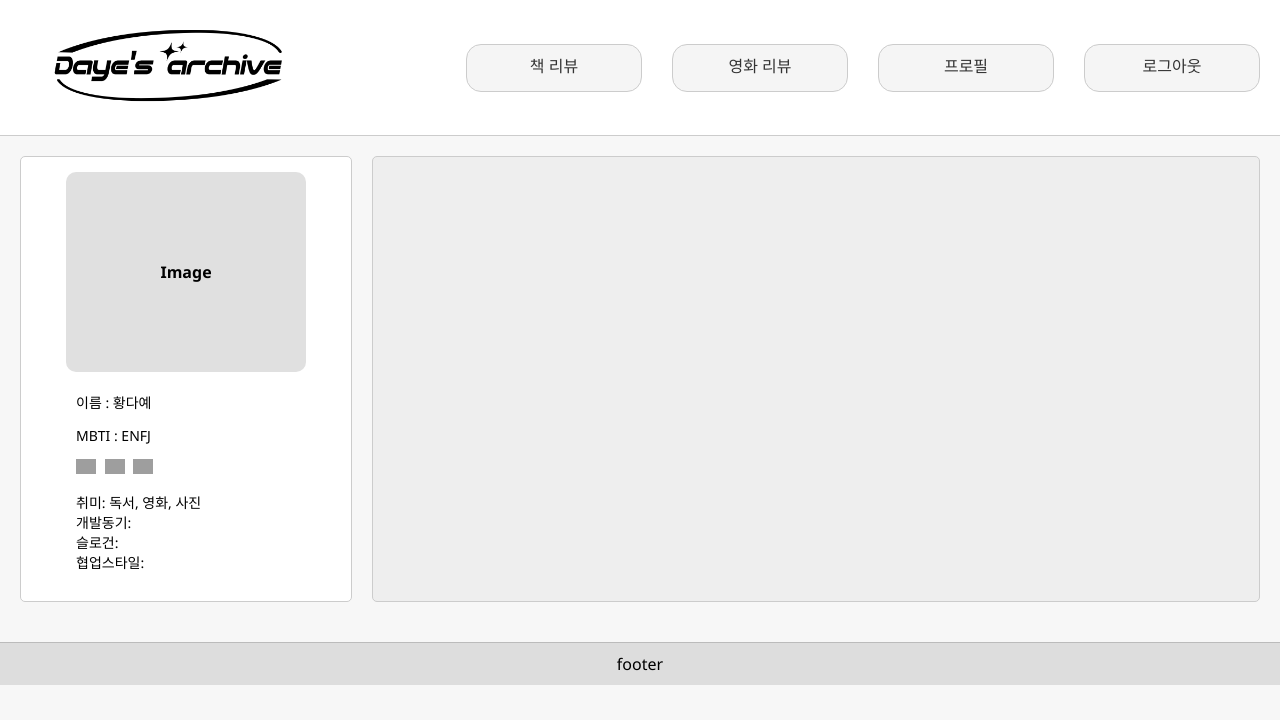
Repository: HWANG-DAYE/spring_project
Page: http://localhost/daye_archive/WEB-INF/views/main.jsp
The author's editor kept a copy of each file at every save. The page is drawn from the files as they stood at one save, then again after the next save.
The browser window is 1280 px wide. The pictures show the whole page.
Pictures or frames that could not be fetched are drawn as grey boxes. The page is served by Tomcat 9. Nobody is signed in. The template is opened directly, without the code that normally fills it, so the values that code supplies are empty.

Above is the page before, as saved 2025-08-06 06:18:20.

After the next save:
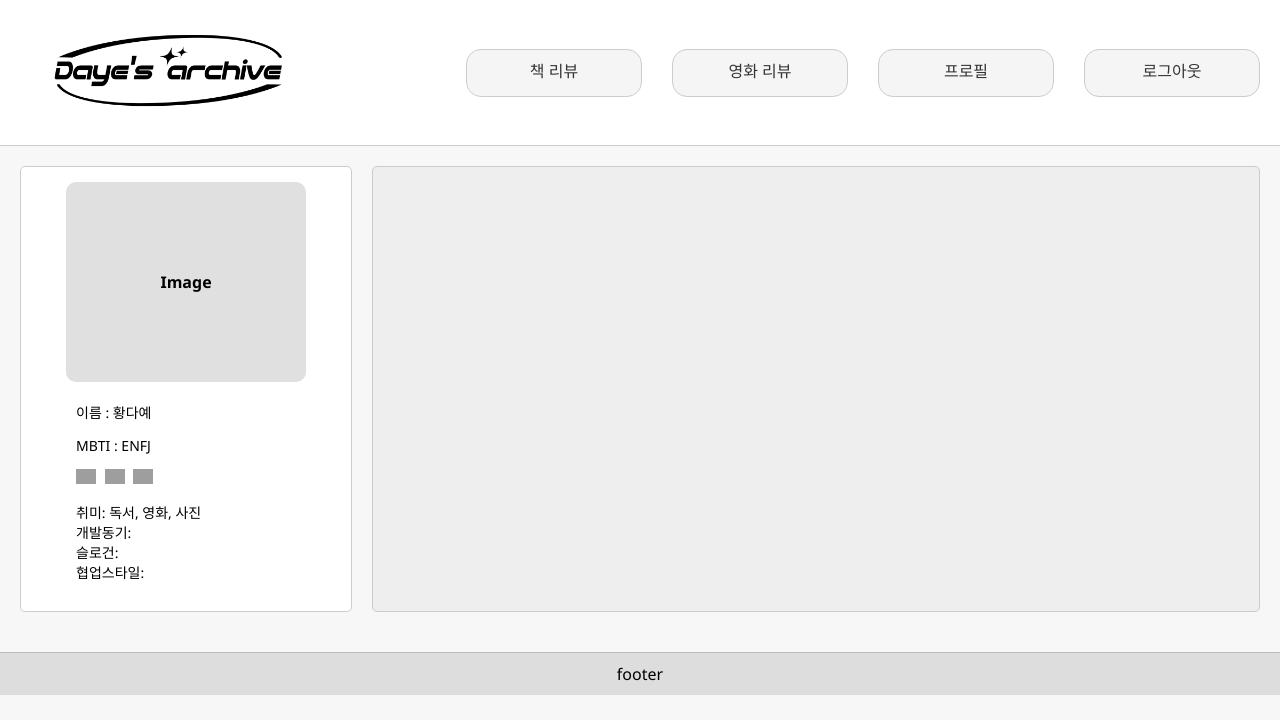
Saved 83 s later.
--- a/daye_archive/src/main/webapp/WEB-INF/views/navi.jsp
+++ b/daye_archive/src/main/webapp/WEB-INF/views/navi.jsp
@@ -22,7 +22,7 @@ header {
 
 .logo-img {
 	height: 80px;
-	padding: 15px 30px;
+	padding: 20px 30px;
 	object-fit: contain;
 }
 
